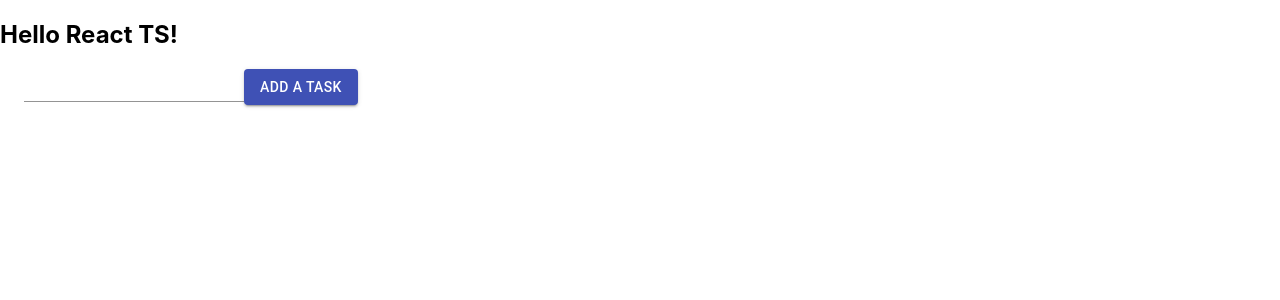
Repository: Salvaaragon/ItemListReact
Page: /
These files come from the project's save history. The page is drawn as it stood at one moment and after the next save; the edit follows.
The browser window is 1280 px wide. The pictures show the whole page.
The project was rebuilt for these pictures with package versions that can differ from the ones it lists, and the page was loaded fresh each time. Also part of the build but not shown: src/components/TasksListItem.tsx.

Above is the page before, as saved 2019-08-04 11:23:19.

After the next save:
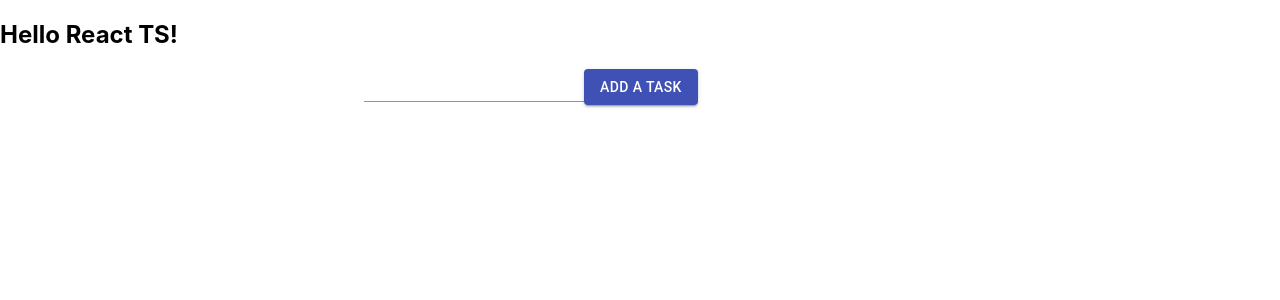
Saved 20 s later.
--- a/src/components/NewTaskForm.tsx
+++ b/src/components/NewTaskForm.tsx
@@ -16,7 +16,7 @@
     onAdd,
     task
 }) => (
-    <Container>
+    <Container maxWidth="sm">
         <form onSubmit={onAdd}>
             <Input onChange={onChange} value={task.name}/>
             <Button variant="contained" color="primary" type="submit">Add a task</Button>

After the save that followed:
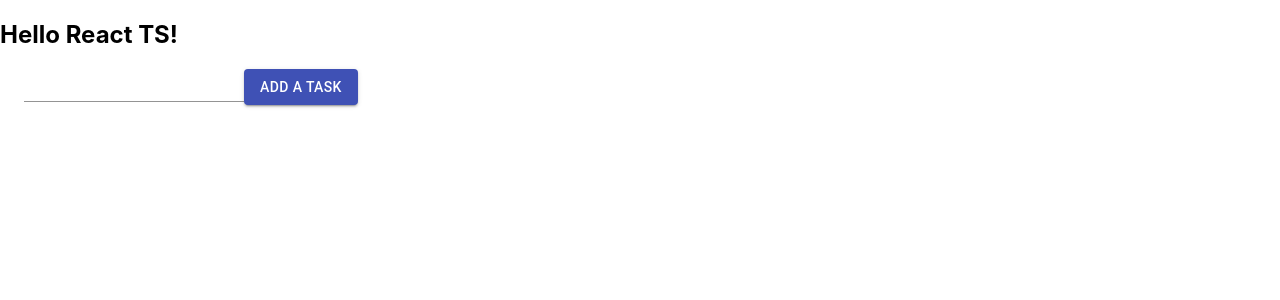
Saved 20 s later.
--- a/src/components/NewTaskForm.tsx
+++ b/src/components/NewTaskForm.tsx
@@ -16,7 +16,7 @@
     onAdd,
     task
 }) => (
-    <Container maxWidth="sm">
+    <Container fixed>
         <form onSubmit={onAdd}>
             <Input onChange={onChange} value={task.name}/>
             <Button variant="contained" color="primary" type="submit">Add a task</Button>
